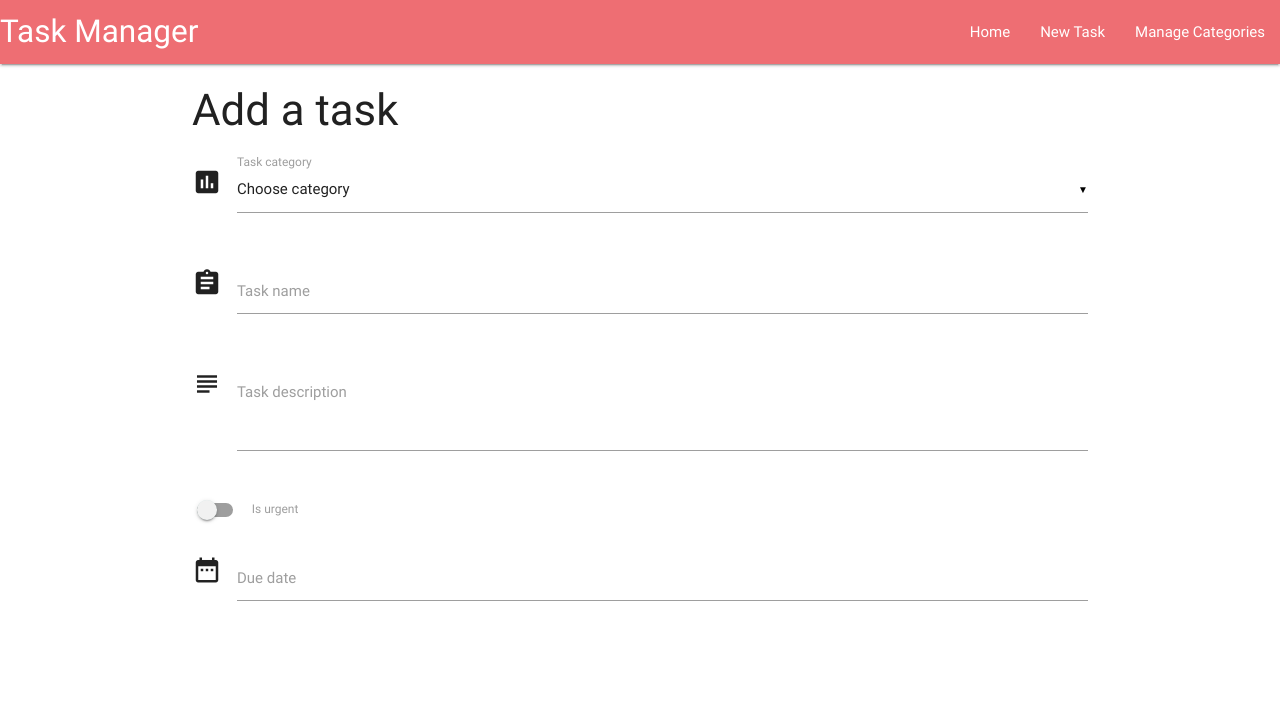
Repository: ivarsaris/Task-manager
Page: templates/addtask.html
The author's editor kept a record of every edit. The page is drawn from the files as they stood at one moment, then again after the next edit.
The browser window is 1280 px wide. The pictures show the whole page.
The page is served by the project's application, run on Flask 3 (app.py). The template is opened directly, without the code that normally fills it, so the values that code supplies are empty.

Above is the page before.

After the next edit:
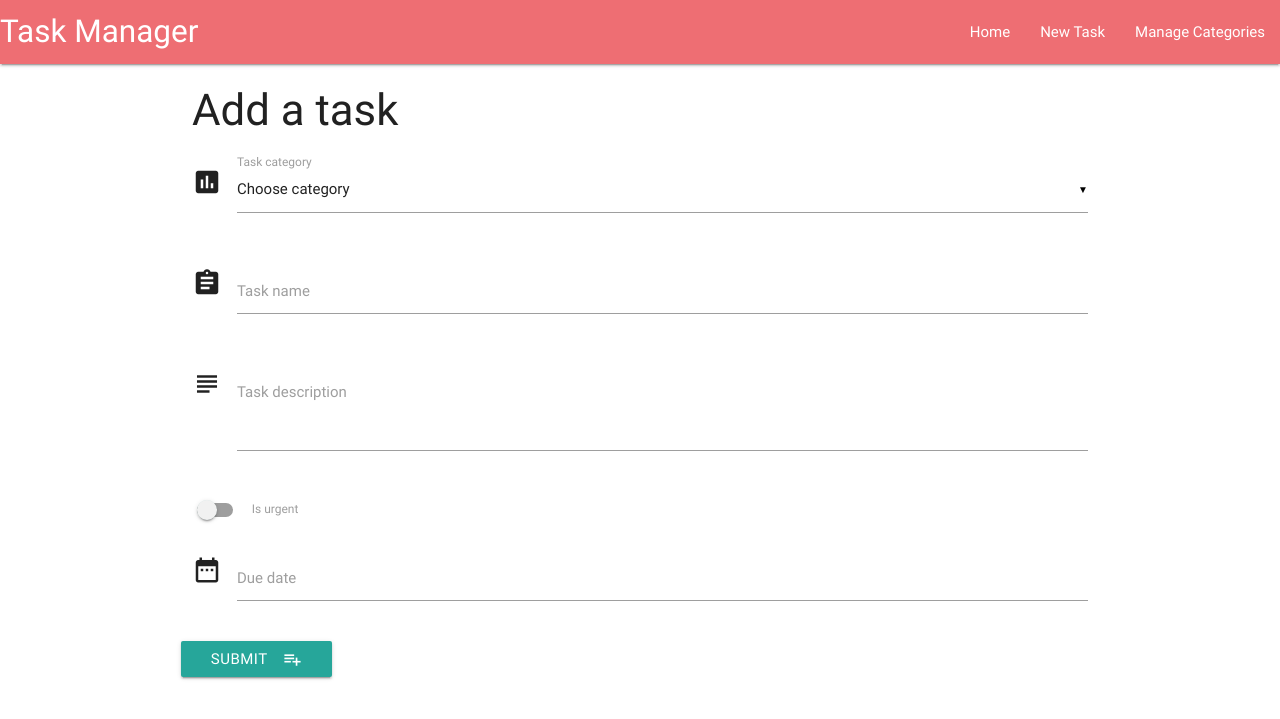
The edit:
--- a/templates/addtask.html
+++ b/templates/addtask.html
@@ -45,6 +45,11 @@
                 <label for="icon_prefix">Due date</label>
             </div>
         </div>
+        <div class="row">
+            <button class="btn waves-effect waves-light" type="submit" name="action">Submit
+                <i class="material-icons right">playlist_add</i>
+              </button>
+        </div>
     </form>
 </div>
 
